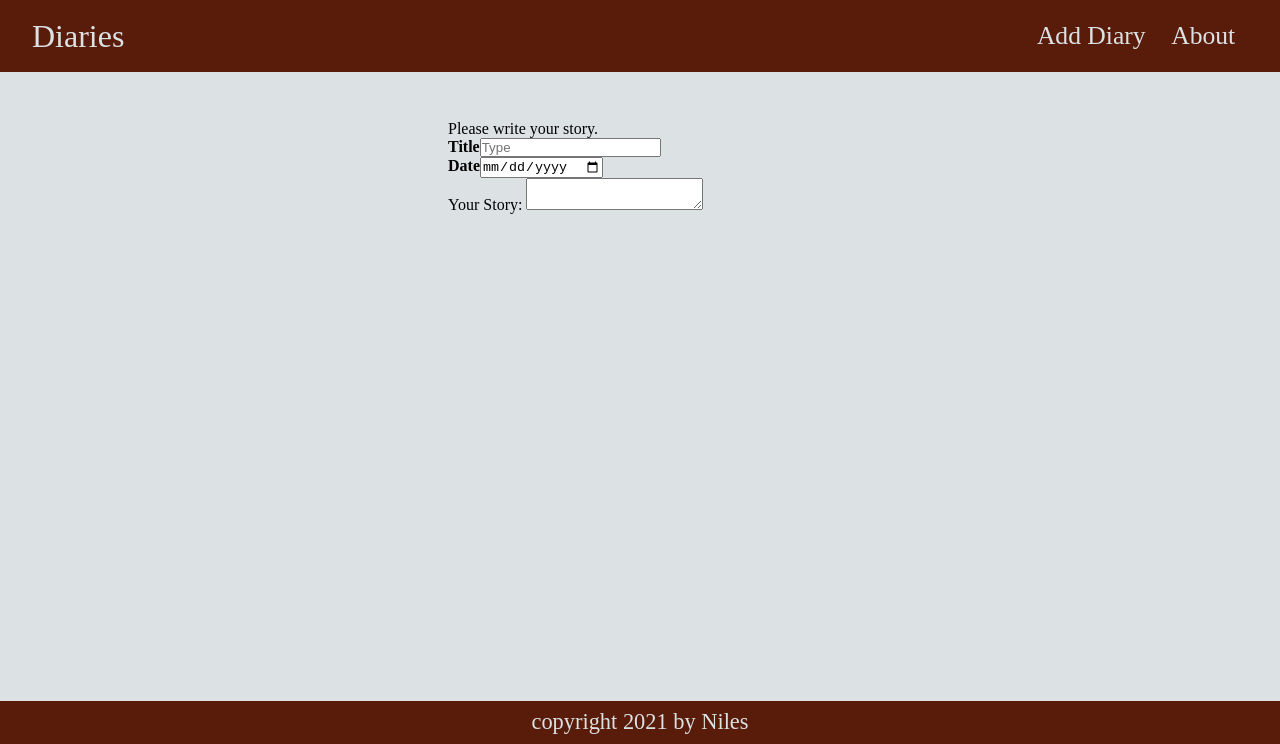
Repository: Tun-Dev/mydiary
Page: /AddDiary
These files come from the project's save history. The page is drawn as it stood at one moment and after the next save; the edit follows.
The browser window is 1280 px wide. The pictures show the whole page.
The project was rebuilt for these pictures with package versions that can differ from the ones it lists, and the page was loaded fresh each time. Also part of the build but not shown: src/useFetch.js, src/Components/Diary.js, src/Components/DiaryHome.js, src/Components/About.js.

Above is the page before, as saved 2021-05-12 14:44:00.

After the next save:
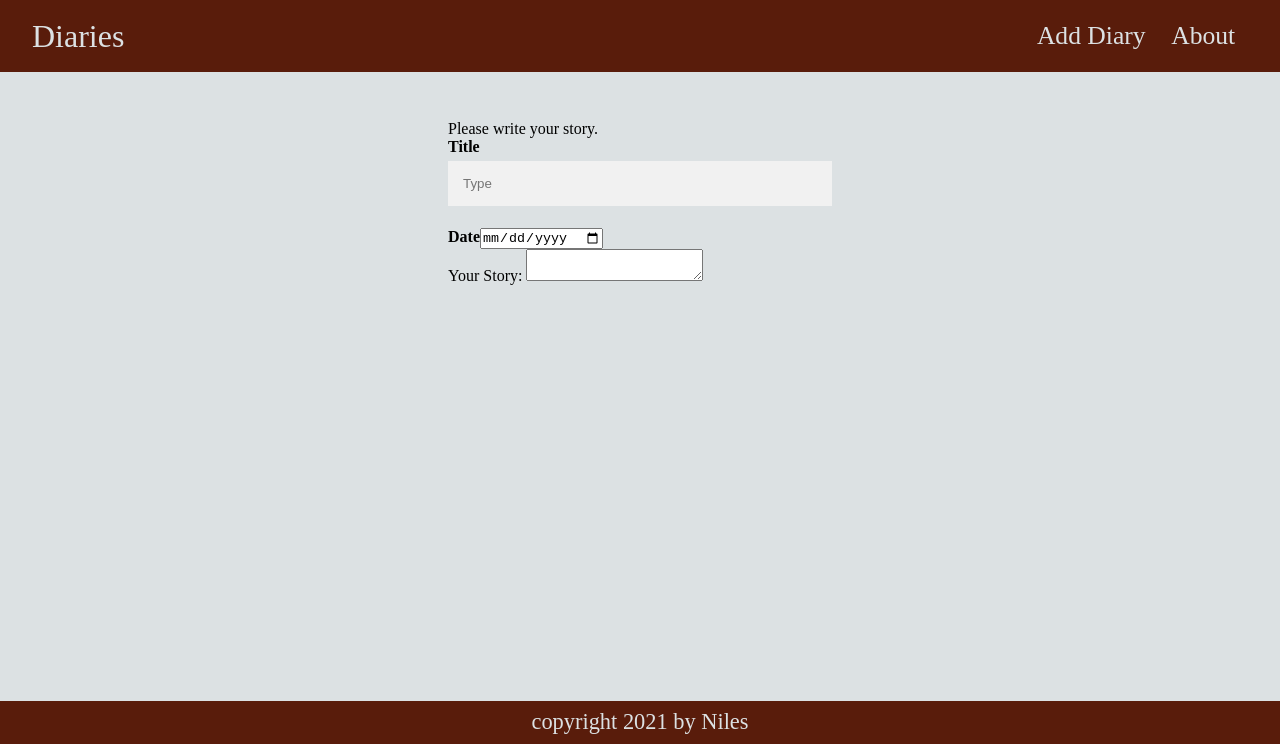
Saved 64 s later.
--- a/src/Components/AddDiary.js
+++ b/src/Components/AddDiary.js
@@ -6,7 +6,7 @@ const AddDiary = () => {
     const [date, setDate] = useState('');
     const [message, setMessage] = useState('');
     return (
-        <div>
+        <Add>
             <form>
               <div className="container">
                 <div>
@@ -27,11 +27,11 @@ const AddDiary = () => {
 
                </div>
             </form>
-        </div>
+        </Add>
     )
 }
 const Add = styled.div`
-input[type=text], input[type=password] {
+input[type=text] {
   width: 100%;
   padding: 15px;
   margin: 5px 0 22px 0;
